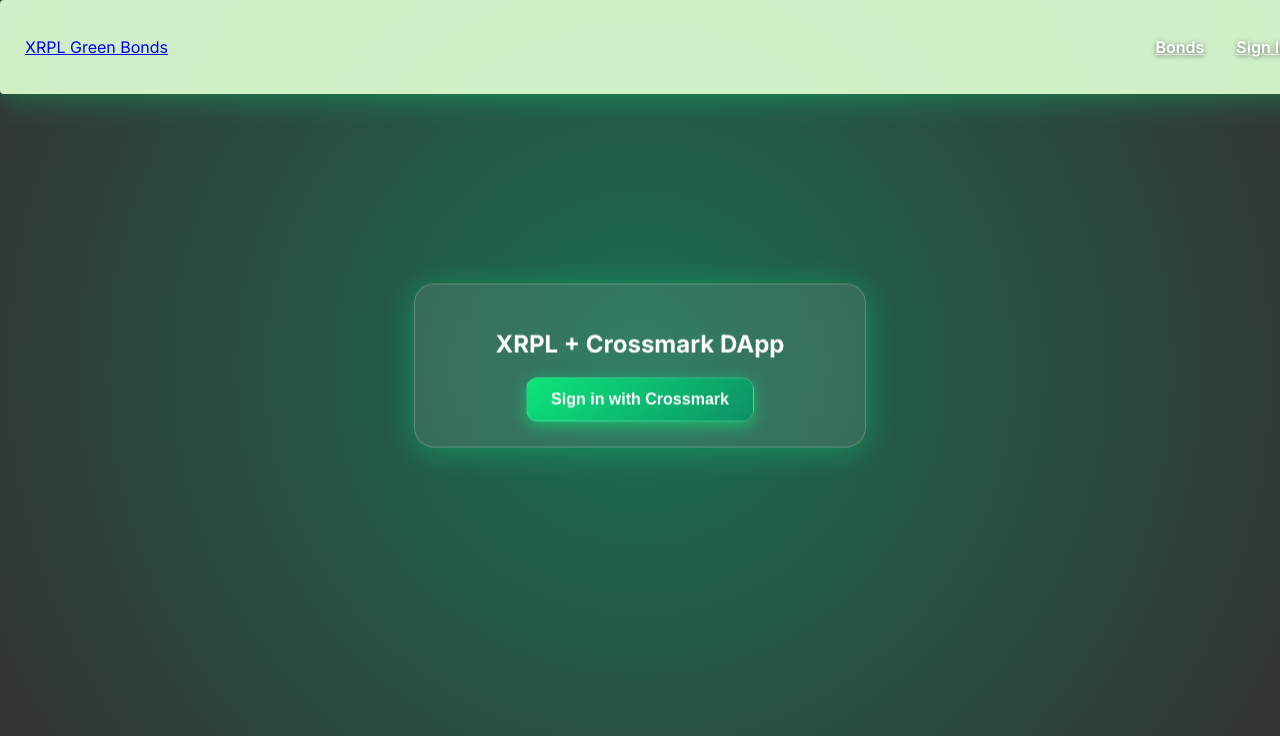
Repository: pbryzek/hackathon-xrpl
Page: / (app in frontend/)
An editor plug-in stored every save of this project. The page is shown before and after the next save, followed by the edit.
The browser window is 1280 px wide. The pictures show the whole page.
The page's requests for data from a server got no answer. The project was rebuilt for these pictures with package versions that can differ from the ones it lists, and the page was loaded fresh each time. No one was signed in, and anything a server would have sent is missing. Also part of the build but not shown: frontend/vite.config.ts, frontend/src/services/bondService.ts, frontend/src/pages/BondSelection.tsx, frontend/src/lib/utils.ts, frontend/src/components/ui/button.tsx, frontend/src/components/ui/input.tsx, frontend/src/components/ui/label.tsx, frontend/src/components/ui/tabs.tsx and 15 more.

Above is the page before, as saved 2025-03-15 11:42:25.

### frontend/index.html
<!DOCTYPE html>
<html lang="en">
  <head>
    <meta charset="UTF-8" />
    <meta name="viewport" content="width=device-width, initial-scale=1.0" />
    <title>buy-sell-bonds</title>
    <meta name="description" content="Lovable Generated Project" />
    <meta name="author" content="Lovable" />
    <meta property="og:image" content="/og-image.png" />
  </head>

  <body>
    <div id="root"></div>
    <!-- IMPORTANT: DO NOT REMOVE THIS SCRIPT TAG OR THIS VERY COMMENT! -->
    <script src="https://cdn.gpteng.co/gptengineer.js" type="module"></script>
    <script type="module" src="/src/main.tsx"></script>
  </body>
</html>

### frontend/src/main.tsx
import { createRoot } from 'react-dom/client'
import App from './App.tsx'
import './index.css'
import './index1.css'

createRoot(document.getElementById("root")!).render(<App />);

### frontend/src/App.tsx
import React from "react";
import { BrowserRouter as Router, Routes, Route } from "react-router-dom";
import BondSelection from "./pages/BondSelection";
import CrossMarkAuth from "./pages/CrossMarkAuth";
import Index from "./pages/Index";
import NotFound from "./pages/NotFound";
// ✅ Import the Header Component
import Header from "./components/ui/header";
import "./index.css"; // ✅ Ensure Tailwind is applied
import "./index1.css"; // ✅ Ensure Tailwind is applied


const App: React.FC = () => {
  return (
    <Router>
      <div className="flex flex-col min-h-screen bg-background text-foreground">
        <Header />
        <main className="flex-grow p-4">
          <Routes>
            <Route path="/" element={<CrossMarkAuth />} />
            <Route path="/bonds" element={<BondSelection />} />
            <Route path="/marketplace" element={<Index />} />
            <Route path="*" element={<NotFound />} />
          </Routes>
        </main>
      </div>
    </Router>
  );
};

export default App;

### frontend/src/index.css
@import url('https://fonts.googleapis.com/css2?family=Inter:wght@100;200;300;400;500;600;700;800;900&display=swap');

@tailwind base;
@tailwind components;
@tailwind utilities;


@layer base {
  :root {
    --background: 210 40% 98%;
    --foreground: 222 47% 11%;

    --card: 0 0% 100%;
    --card-foreground: 222 47% 11%;

    --popover: 0 0% 100%;
    --popover-foreground: 222 47% 11%;

    --primary: 221 83% 53%;
    --primary-foreground: 210 40% 98%;

    --secondary: 210 40% 96%;
    --secondary-foreground: 222 47% 11%;

    --muted: 210 40% 96%;
    --muted-foreground: 220 16% 46%;

    --accent: 210 40% 96%;
    --accent-foreground: 222 47% 11%;

    --destructive: 0 84% 60%;
    --destructive-foreground: 210 40% 98%;

    --border: 220 14% 90%;
    --input: 220 14% 90%;
    --ring: 221 83% 53%;

    --radius: 0.8rem;

    --bond-blue: 221 83% 53%;
    --bond-blue-light: 213 94% 68%;
    --bond-blue-dark: 224 76% 48%;
    --bond-gray: 220 14% 90%;
    --bond-gray-light: 220 14% 95%;
    --bond-gray-dark: 218 11% 80%;
    --bond-green: 142 76% 36%;
    --bond-red: 0 84% 60%;
  }

  .dark {
    --background: 222 47% 11%;
    --foreground: 210 40% 98%;

    --card: 222 47% 11%;
    --card-foreground: 210 40% 98%;

    --popover: 222 47% 11%;
    --popover-foreground: 210 40% 98%;

    --primary: 217 91% 60%;
    --primary-foreground: 222 47% 11%;

    --secondary: 217 33% 17%;
    --secondary-foreground: 210 40% 98%;

    --muted: 217 33% 17%;
    --muted-foreground: 215 20% 65%;

    --accent: 217 33% 17%;
    --accent-foreground: 210 40% 98%;

    --destructive: 0 63% 31%;
    --destructive-foreground: 210 40% 98%;

    --border: 217 33% 17%;
    --input: 217 33% 17%;
    --ring: 224 76% 48%;
  }
}

@layer base {
  body {
    background-color: hsl(var(--background));
    color: hsl(var(--foreground));
  }
}

.glass-panel {
  background-color: rgba(255, 255, 255, 0.9);
  backdrop-filter: blur(12px);
  border: 1px solid rgba(255, 255, 255, 0.4);
  box-shadow: 0 4px 6px -1px rgba(0, 0, 0, 0.1), 0 2px 4px -1px rgba(0, 0, 0, 0.06);
}

.animate-enter {
  animation: fade-in 0.4s forwards, slide-up 0.4s forwards;
}

.bond-hover {
  transition: all 0.2s ease-out;
}

.bond-hover:hover {
  transform: translateY(-2px);
}

/* Scrollbar styling */
::-webkit-scrollbar {
  width: 6px;
  height: 6px;
}

::-webkit-scrollbar-track {
  background: transparent;
}

::-webkit-scrollbar-thumb {
  background: hsl(var(--bond-gray-dark));
  border-radius: 6px;
}

::-webkit-scrollbar-thumb:hover {
  background: hsl(var(--bond-blue-light));
}

/* ✅ Floating effect for navbar */
header {
  box-shadow: 0px 4px 30px rgba(0, 255, 128, 0.3);
}

### frontend/src/index1.css
@tailwind base;
@tailwind components;
@tailwind utilities;

@keyframes float {
  0% { transform: translateY(0px); }
  50% { transform: translateY(-10px); }
  100% { transform: translateY(0px); }
}

/* ✅ Global Styles */
body {
  background: radial-gradient(circle, rgba(2, 96, 64, 0.9) 0%, rgba(0, 0, 0, 0.8) 100%);
  color: white;
  font-family: "Inter", sans-serif;
}

/* ✅ Floating Animation */
.floating {
  animation: float 3s ease-in-out infinite;
}
/* ✅ Lightened Glassmorphism Navbar */
.header {
  background: rgba(221, 253, 211, 0.931); /* Lighter semi-transparent */
  backdrop-filter: blur(20px);
  box-shadow: 0px px 15px rgba(187, 253, 220, 0.4);
  padding: 25px;
  border-radius: 4px;
  position: fixed;
  top: 0;
  left: 0;
  width: 100%;
  z-index: 50;
}

/* ✅ Navbar Links */
.nav-link {
  color: white !important; /* Brighter for visibility */
  font-weight: 600;
  text-shadow: 0px 1px 5px rgba(0, 0, 0, 0.5); /* Slight glow */
  padding: 12px 16px;
  border-radius: 8px;
  transition: background 0.3s ease-in-out;
}

.nav-link:hover {
  background: rgba(255, 255, 255, 0.4);
  color: #001F1F; /* Darker contrast on hover */
  text-shadow: none;
}

/* ✅ Logo Visibility */
.logo {
  font-size: 14rem;
  font-weight: bold;
  color: #00FF99; /* Neon green */
  text-shadow: 0px 2px 10px rgba(0, 255, 128, 0.7);
}







/* ✅ Glass Card */
.glass-card {
  background: rgba(255, 255, 255, 0.1); /* Semi-transparent white */
  backdrop-filter: blur(15px); /* Smooth frosted glass effect */
  box-shadow: 0px 4px 30px rgba(0, 255, 128, 0.3); /* Stronger green glow */
  border: 1px solid rgba(255, 255, 255, 0.2); /* Subtle border */
  padding: 25px;
  border-radius: 20px;
  transition: all 0.3s ease-in-out;
}

.glass-card:hover {
  box-shadow: 0px 6px 35px rgba(0, 255, 128, 0.5); /* More intense on hover */
  transform: scale(1.02); /* Slight expansion effect */
}

/* ✅ Glass Button */
.glass-button {
  background: linear-gradient(135deg, rgba(0, 255, 128, 0.8), rgba(0, 150, 100, 0.8));
  color: white;
  padding: 12px 24px;
  border-radius: 12px;
  font-size: 16px;
  font-weight: bold;
  backdrop-filter: blur(15px);
  border: 1px solid rgba(255, 255, 255, 0.2);
  box-shadow: 0px 4px 15px rgba(0, 255, 128, 0.5);
  transition: all 0.3s ease-in-out;
}

.glass-button:hover {
  background: linear-gradient(135deg, rgba(0, 255, 128, 1), rgba(0, 150, 100, 1));
  transform: scale(1.05);
  box-shadow: 0px 6px 20px rgba(0, 255, 128, 0.7);
}

.glass-button:disabled {
  background: rgba(255, 255, 255, 0.2);
  cursor: not-allowed;
  box-shadow: none;
}

### frontend/src/pages/CrossMarkAuth.tsx
import React, { useState, useEffect } from "react";
import sdk from "@crossmarkio/sdk";
import * as xrpl from "xrpl";
import "../index1.css"
import { signIn } from "../services/authService"; // Import service

const CrossmarkAuth: React.FC = () => {
  const [account, setAccount] = useState<string | null>(null);
  const [balance, setBalance] = useState<string | null>(null);
  const [isLoading, setIsLoading] = useState<boolean>(false);

  useEffect(() => {
    console.log("Crossmark session will not restore automatically.");
    // Do NOT check localStorage or auto-authenticate
  }, []);


  const signInWithCrossmark = async () => {
    setIsLoading(true);
    try {
      console.log("User clicked sign-in, starting authentication...");

      // Step 1: Authenticate via Crossmark
      const { response } = await sdk.methods.signInAndWait();
      if (!response || !response.data || !response.data.address) {
        throw new Error("Failed to authenticate with Crossmark");
      }

      const userAccount = response.data.address;
      setAccount(userAccount);
      fetchBalance(userAccount);

      // Step 2: Send wallet address to backend
      console.log("Sending wallet address to backend...");
      const backendResponse = await signIn();
      console.log("Backend Response:", backendResponse);

    } catch (error) {
      console.error("Crossmark sign-in failed:", error);
    } finally {
      setIsLoading(false);
    }
  };

  const fetchBalance = async (walletAddress: string) => {
    try {
      const client = new xrpl.Client("wss://s.altnet.rippletest.net/");
      await client.connect();
      const response = await client.request({
        command: "account_info",
        account: walletAddress,
        ledger_index: "validated",
      });
      const xrpBalance = xrpl.dropsToXrp(response.result.account_data.Balance);
      setBalance(xrpBalance.toString());
      client.disconnect();
    } catch (error) {
      console.error("Error fetching balance:", error);
    }
  };

  return (
    <div className="flex justify-center items-center h-screen bg-background">
      <div className="floating glass-card text-center w-[400px]">
        <h2 className="text-2xl font-semibold text-primary mb-4">XRPL + Crossmark DApp</h2>

        {!account ? (
          <button
            onClick={signInWithCrossmark}
            disabled={isLoading}
            className="glass-button transition-all duration-300"
          >
            {isLoading ? "Signing in..." : "Sign in with Crossmark"}
          </button>
        ) : (
          <>
            <p className="text-lg text-white/90 mb-2">Connected Wallet:</p>
            <p className="text-white text-lg font-bold">{account}</p>
            <p className="text-sm text-white/70 mt-2">Balance: {balance} XRP</p>
          </>
        )}
      </div>
    </div>
  );
};

export default CrossmarkAuth;

### frontend/src/components/ui/header.tsx
import React from "react";
import { Link } from "react-router-dom";

const Header: React.FC = () => {
  return (
    <header className="header">
      <div className="container mx-auto flex justify-between items-center px-6">
        {/* ✅ Logo */}
        <Link to="/" className="text-2xl font-extrabold text-primary tracking-wider">
          XRPL Green Bonds
        </Link>

        {/* ✅ Navigation Links */}
        <nav className="flex space-x-6">
          <Link to="/bonds" className="nav-link">Bonds</Link>
          <Link to="/auth" className="nav-link">Sign In</Link>
        </nav>
      </div>
    </header>
  );
};

export default Header;

### frontend/src/services/authService.ts
const BACKEND_URL = import.meta.env.VITE_BACKEND_DOMAIN;

export const signIn = async () => {
    try {
      const response = await fetch(`${BACKEND_URL}/create-signin`, {
        method: "POST",
        headers: {
          "Content-Type": "application/json",
        },
      });

      if (!response.ok) {
        throw new Error(`HTTP error! Status: ${response.status}`);
      }

      const data = await response.json();
      console.log("Sign-in response:", data);
      return data;
    } catch (error) {
      console.error("Error signing in:", error);
      throw error;
    }
};

After the next save:
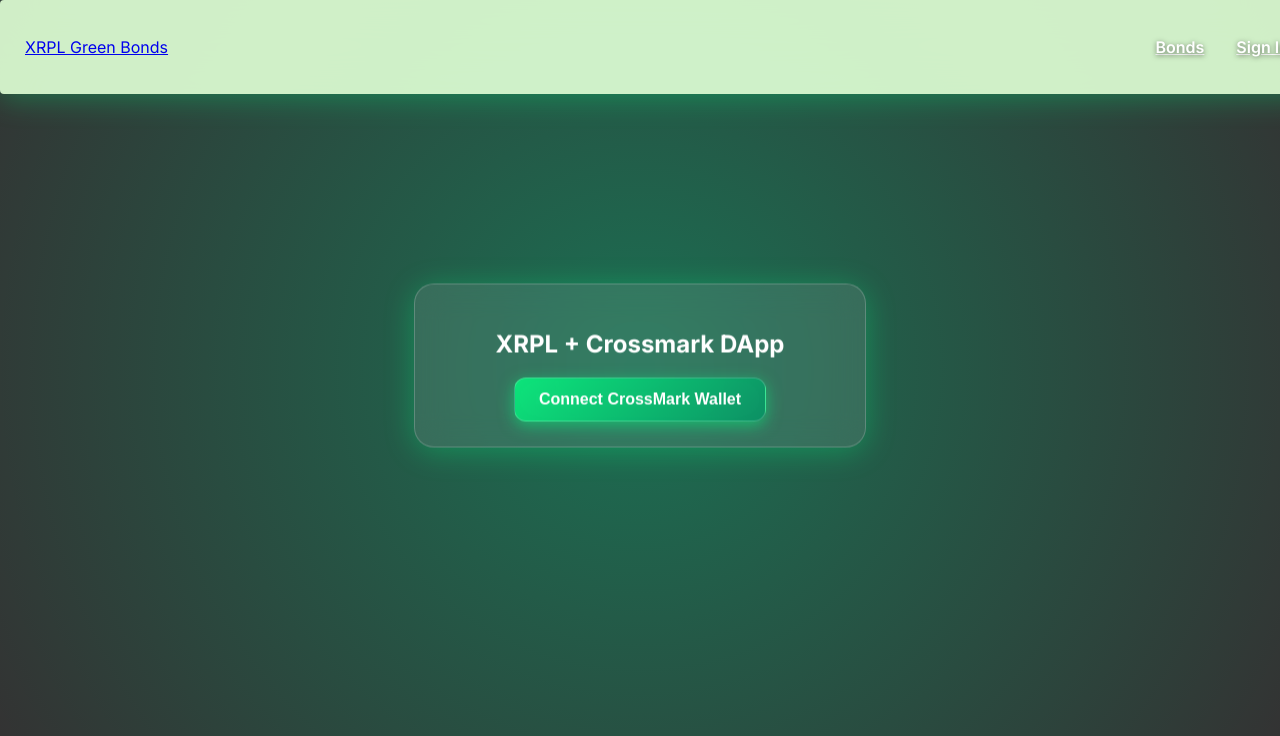
Saved 78 s later.
--- a/frontend/src/pages/CrossMarkAuth.tsx
+++ b/frontend/src/pages/CrossMarkAuth.tsx
@@ -70,7 +70,7 @@
             disabled={isLoading}
             className="glass-button transition-all duration-300"
           >
-            {isLoading ? "Signing in..." : "Sign in with Crossmark"}
+            {isLoading ? "Signing in..." : "Connect CrossMark Wallet"}
           </button>
         ) : (
           <>
